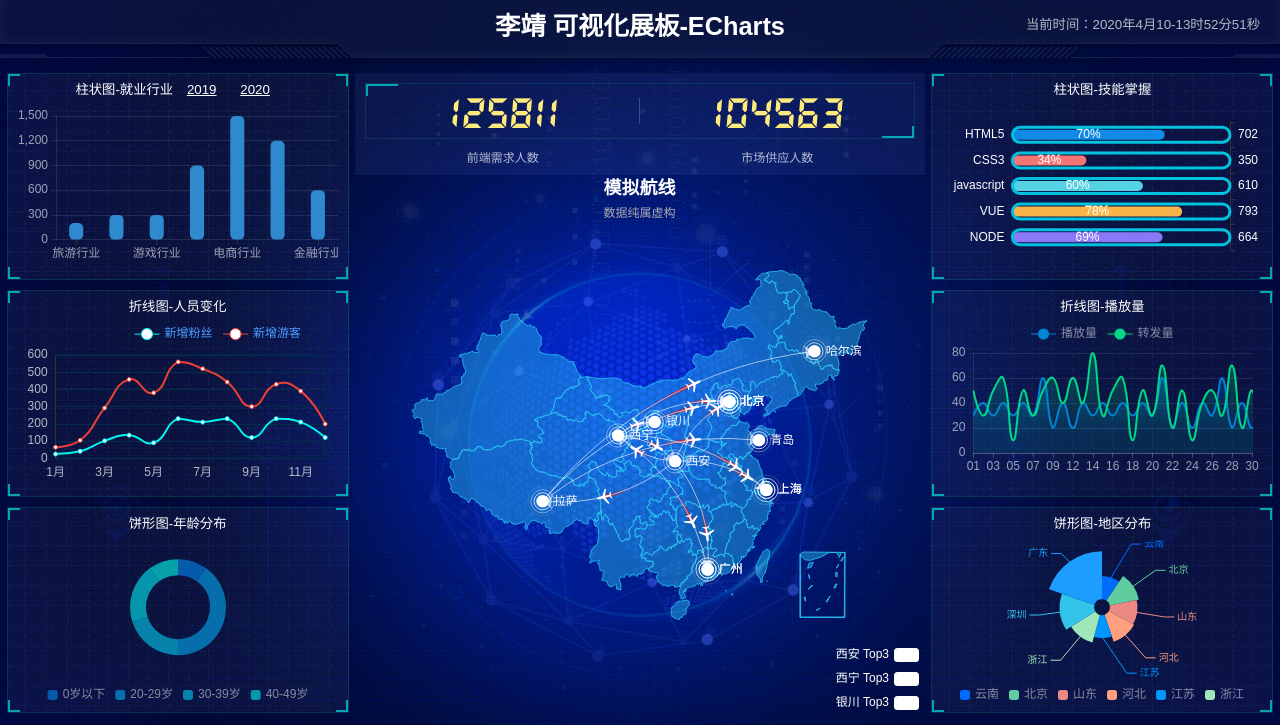
Repository: Jasonlee6789/ECharts
Page: Echarts/index.html
These files come from the project's save history. The page is drawn as it stood at one moment and after the next save; the edit follows.
The browser window is 1280 px wide. The pictures show the whole page.
The style sheet was rebuilt from its Sass, Less or Tailwind sources for each picture, by a compiler version that may differ from the author's.

Above is the page before, as saved 2020-05-22 13:35:01.

After the next save:
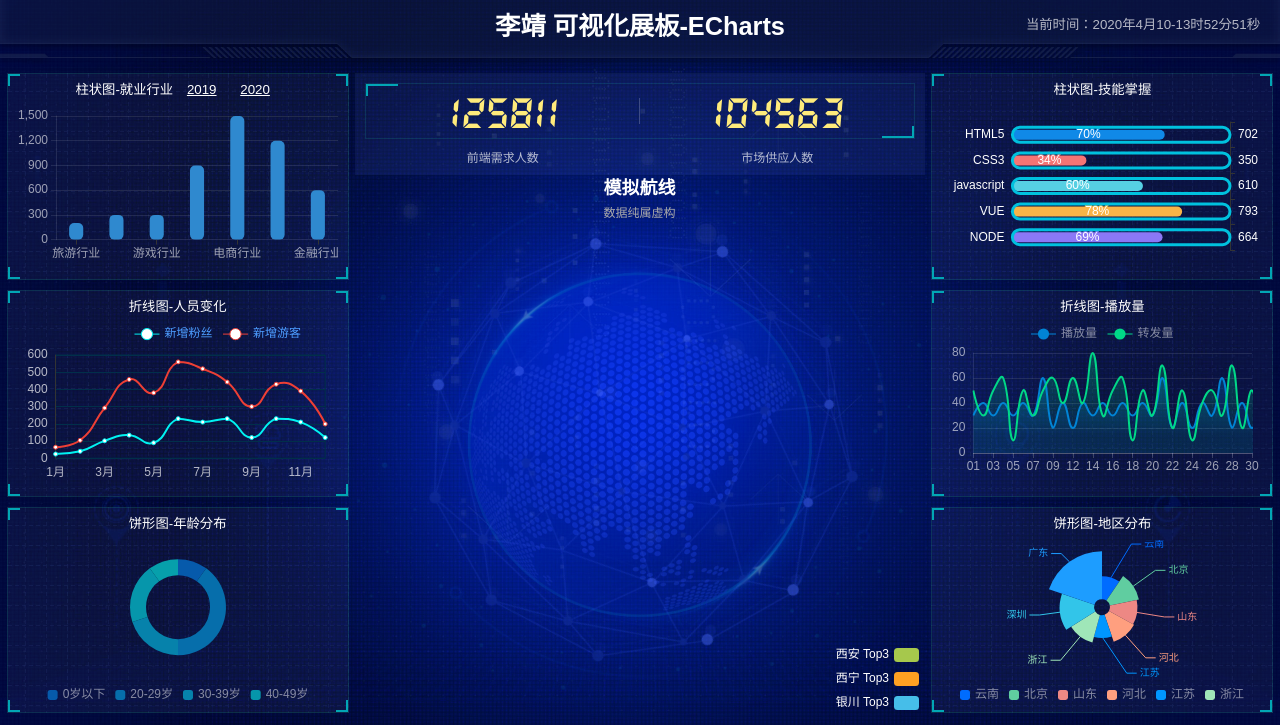
Console error: TypeError: Cannot read properties of undefined (reading 'concat')
Saved 37 s later.
--- a/Echarts/js/myMap.js
+++ b/Echarts/js/myMap.js
@@ -40,7 +40,7 @@
         宝鸡: [107.1826, 34.3433],
         宿迁: [118.5535, 33.7775],
         常州: [119.4543, 31.5582],
-        广州: [113.5107, 23.2196],
+        厦门: [113.5107, 23.2196],
         廊坊: [116.521, 39.0509],
         延安: [109.1052, 36.4252],
         张家口: [115.1477, 40.8527],

After the save that followed:
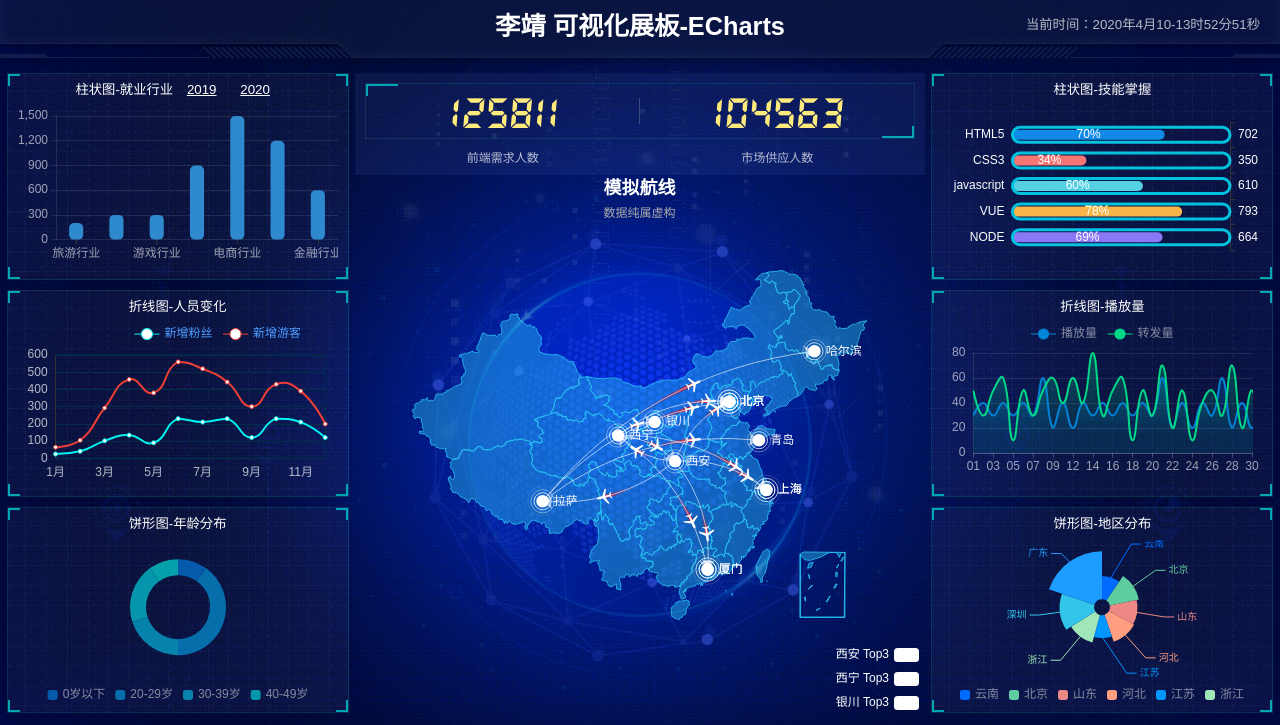
The error is gone.
Saved 18 s later.
--- a/Echarts/js/myMap.js
+++ b/Echarts/js/myMap.js
@@ -136,7 +136,7 @@
         [{
             name: "西安"
         }, {
-            name: "广州",
+            name: "厦门",
             value: 100
         }],
         [{
@@ -169,7 +169,7 @@
         [{
             name: "西宁"
         }, {
-            name: "广州",
+            name: "厦门",
             value: 100
         }],
         [{
